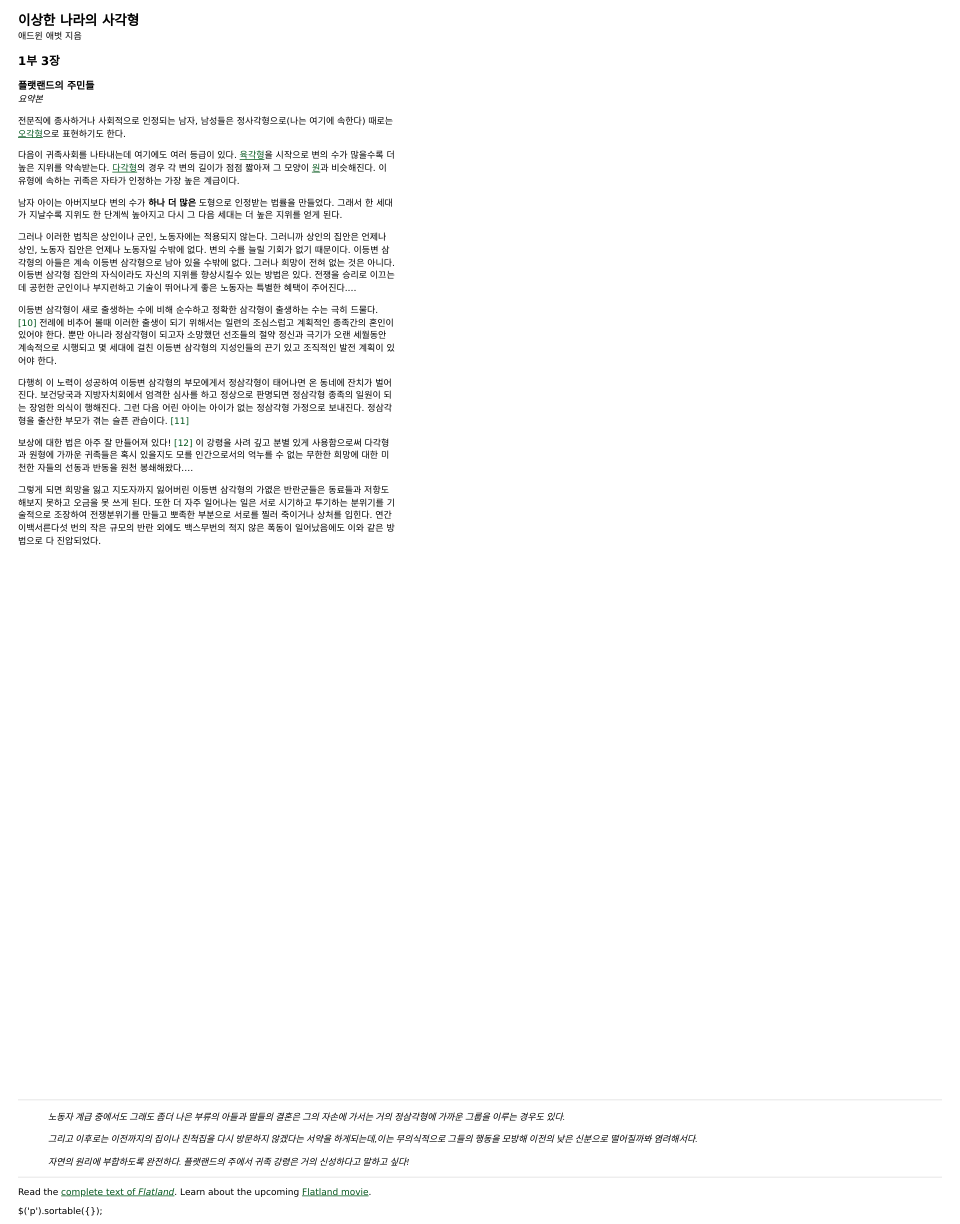
Repository: RyuJelly/211
Page: java_web/jQuery/WebContent/chap05/index.html
These files come from the project's save history. The page is drawn as it stood at one moment and after the next save; the edit follows.
The browser window is 1280 px wide. The pictures show the whole page, at 75% of full size.

Above is the page before, as saved 2021-03-17 02:56:34.

After the next save:
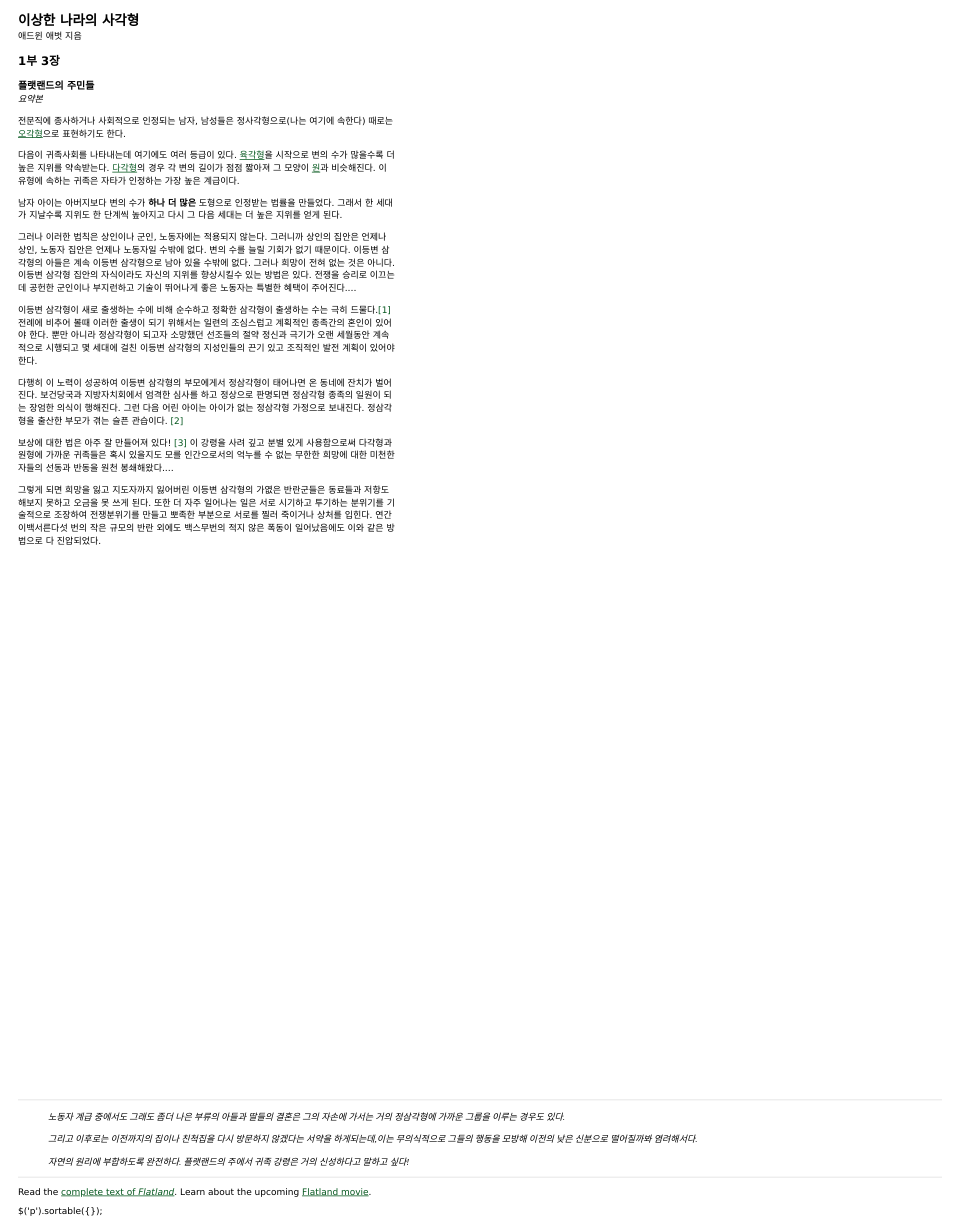
Saved 38 s later.
--- a/java_web/jQuery/WebContent/chap05/flatland.js
+++ b/java_web/jQuery/WebContent/chap05/flatland.js
@@ -2,7 +2,7 @@ $(function(){
 	$('<ol id="notes"></ol>').insertBefore($('#footer'));
 
 	$('span.footnote').each(function(index){
-		$(this).before('<a>[' + (index + 10) + ']</a>').appendTo('#notes')
+		$(this).before('<a>[' + (index + 1) + ']</a>').appendTo('#notes')
 	});
 
 });
